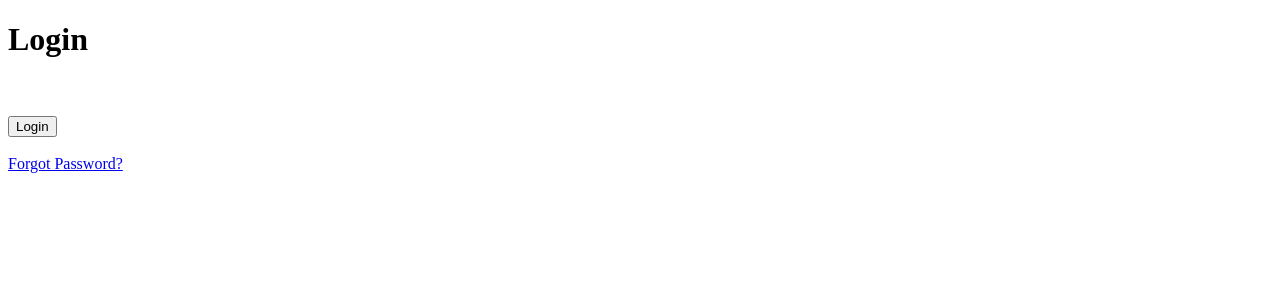
Repository: NguyenHuy-lang/FE-project
Page: sign-in-up/forgot-password.html
The author's editor kept a copy of each file at every save. The page is drawn from the files as they stood at one save, then again after the next save.
The browser window is 1280 px wide. The pictures show the whole page.

Above is the page before, as saved 2023-05-11 15:59:13.

### sign-in-up/forgot-password.html
<!DOCTYPE html>
<html>
<head>
    <meta charset="UTF-8">
    <title>Login</title>
</head>
<body>
    <h1>Login</h1>
    <form action="/login" method="POST">
        <!-- login form fields here -->
        <br><br>
        <button type="submit">Login</button>
    </form>
    <br>
    <a href="/forgot-password">Forgot Password?</a>
</body>
</html>

After the next save:
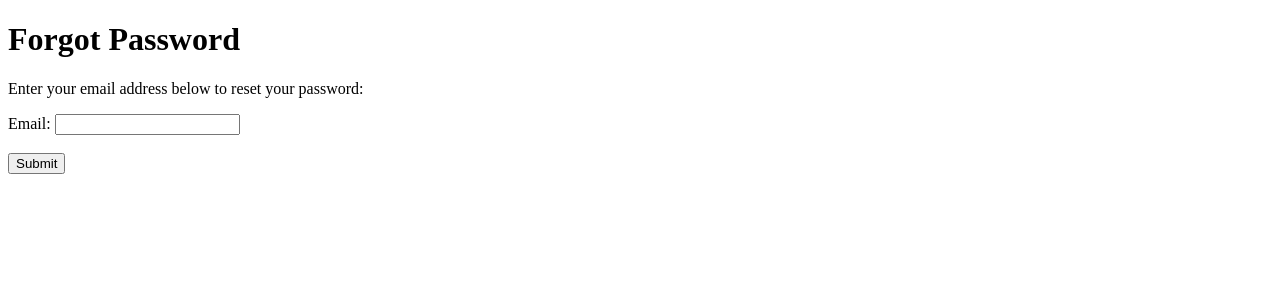
Saved 19 s later.
--- a/sign-in-up/forgot-password.html
+++ b/sign-in-up/forgot-password.html
@@ -2,16 +2,16 @@
 <html>
 <head>
     <meta charset="UTF-8">
-    <title>Login</title>
+    <title>Forgot Password</title>
 </head>
 <body>
-    <h1>Login</h1>
-    <form action="/login" method="POST">
-        <!-- login form fields here -->
+    <h1>Forgot Password</h1>
+    <p>Enter your email address below to reset your password:</p>
+    <form action="/forgot-password" method="POST">
+        <label for="email">Email:</label>
+        <input type="email" id="email" name="email" required>
         <br><br>
-        <button type="submit">Login</button>
+        <button type="submit">Submit</button>
     </form>
-    <br>
-    <a href="/forgot-password">Forgot Password?</a>
 </body>
 </html>
